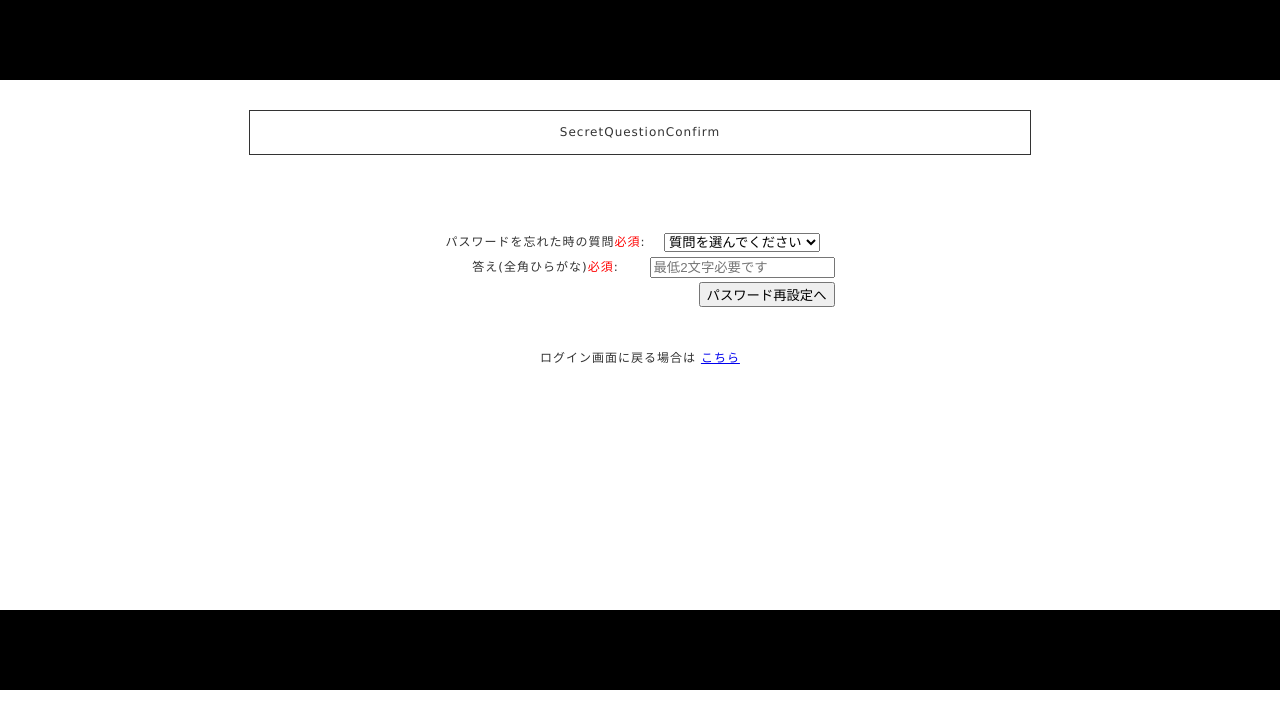
Repository: y321sudo/test2
Page: http://localhost/Yukazon/secretQuestionConfirm.jsp
The author's editor kept a copy of each file at every save. The page is drawn from the files as they stood at one save, then again after the next save.
The browser window is 1280 px wide. The pictures show the whole page.
The page is served by Tomcat 9. Other server files are loaded and not shown.

Above is the page before, as saved 2018-02-23 06:35:05.

### Yukazon/WebContent/secretQuestionConfirm.jsp
<%@ page language="java" contentType="text/html; charset=UTF-8" pageEncoding="UTF-8"%>
<%@ taglib prefix="s" uri="/struts-tags"%>
<!DOCTYPE html>
<html>
<head>
	<meta http-equiv="Content-Type" content="text/html; charset=utf-8" />
	<meta http-equiv="Content-Style-Type" content="text/css" />
	<meta http-equiv="Content-Script-Type" content="text/javascript" />
	<meta http-equiv="imagetoolbar" content="no" />
	<meta name="description" content="" />
	<meta name="keywords" content="" />

	<title>パスワードを忘れた時の質問画面</title>
	<style type="text/css">
/* ========TAG LAYOUT======== */
	body {
		margin:0;
		padding:0;
		line-height:1.6;
		letter-spacing:1px;
		font-family:Verdana, Helvetica, sans-serif;
		font-size:12px;
		color:#333;
		background:#fff;
	}
	table {
		text-align:center;
		margin:0 auto;
	}
/* ========ID LAYOUT======== */
	#top {
		width:780px;
		margin:30px auto;
		border:1px solid #333;
	}
	#header {
		width: 100%;
		height: 80px;
		background-color: black;
	}
	#main {
		width: 100%;
		height: 500px;
		text-align: center;
	}
	#footer {
		width: 100%;
		height: 80px;
		background-color: black;
		clear:both;
	}
	</style>
</head>


<body>
	<div id="header">
		<div id="pr">
		</div>
	</div>
	<div id="main">
		<div id="top">
		<p>SecretQuestionConfirm</p>
		</div>
		<div>
			<!-- PasswordSettingActionのErrorMassageが表示される -->
			<s:if test="errorMassage != ''">
				<font color="red" size="3px"><s:property value="errorMassage" escape="false" /></font>
			</s:if>
			<br><br>
			<table>
			<!-- "パスワード再設定画面へ"ボタンを押すと"PasswordSettingAction"へ -->
			<s:form action="PasswordSettingAction">
				<tr>
					<td>
						<label>パスワードを忘れた時の質問<font color="red">必須</font>:</label>
					</td>
					<td>
						<select name="secretQuestion">
							<option value="質問を選んでください" selected="selected">質問を選んでください</option>
							<option value="好きな食べ物は？">好きな食べ物は？</option>
							<option value="小学校の名前は？">小学校の名前は？</option>
							<option value="母親の旧姓は？">母親の旧姓は？</option>
						</select>
					</td>
				</tr>
				<tr>
					<td>
						<label>答え(全角ひらがな)<font color="red">必須</font>:</label>
					</td>
					<td>
						<!-- 答えの入力制限:全角ひらがな2文字以上、入力必須項目 -->
						<input type="text" name="secretAnswer" placeholder="最低2文字必要です" pattern="^[ぁ-ん]+$" title="全角ひらがな2文字以上でご入力ください。" required />
					</td>
				</tr>
					<s:submit value="パスワード再設定へ"/>
			</s:form>
			</table>
			<br><br>
			<div>
				<span>ログイン画面に戻る場合は</span>
				<a href="http://localhost:8080/Yukazon/home.jsp">こちら</a>
			</div>
		</div>
	</div>
	<div id="footer">
	</div>
</body>
</html>

After the next save:
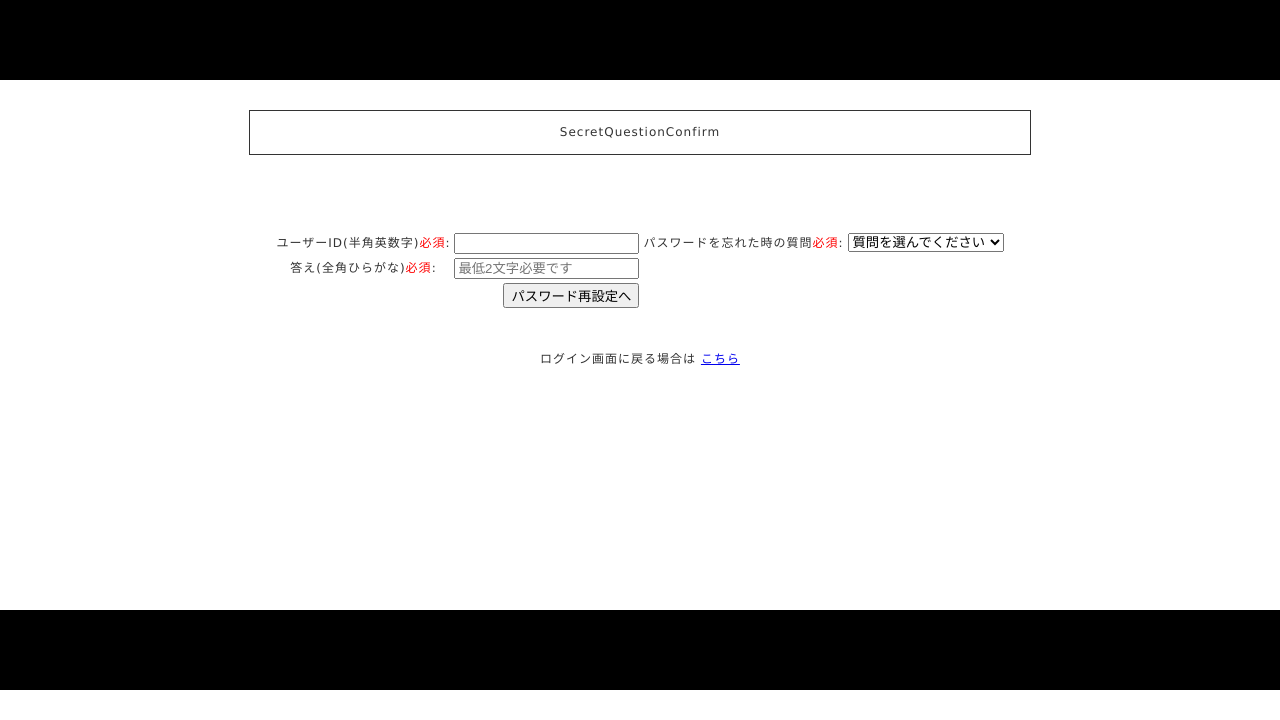
Saved 3 min 7 s later.
--- a/Yukazon/WebContent/secretQuestionConfirm.jsp
+++ b/Yukazon/WebContent/secretQuestionConfirm.jsp
@@ -73,6 +73,13 @@
 			<s:form action="PasswordSettingAction">
 				<tr>
 					<td>
+						<label>ユーザーID(半角英数字)<font color="red">必須</font>:</label>
+					</td>
+					<td>
+						<!-- IDの入力制限:半角英数字のみ、入力必須項目(required) -->
+						<input type="text" name="loginUserId" pattern="^[0-9A-Za-z]+$" title="半角英数字でご入力ください。" required />
+					</td>
+					<td>
 						<label>パスワードを忘れた時の質問<font color="red">必須</font>:</label>
 					</td>
 					<td>
